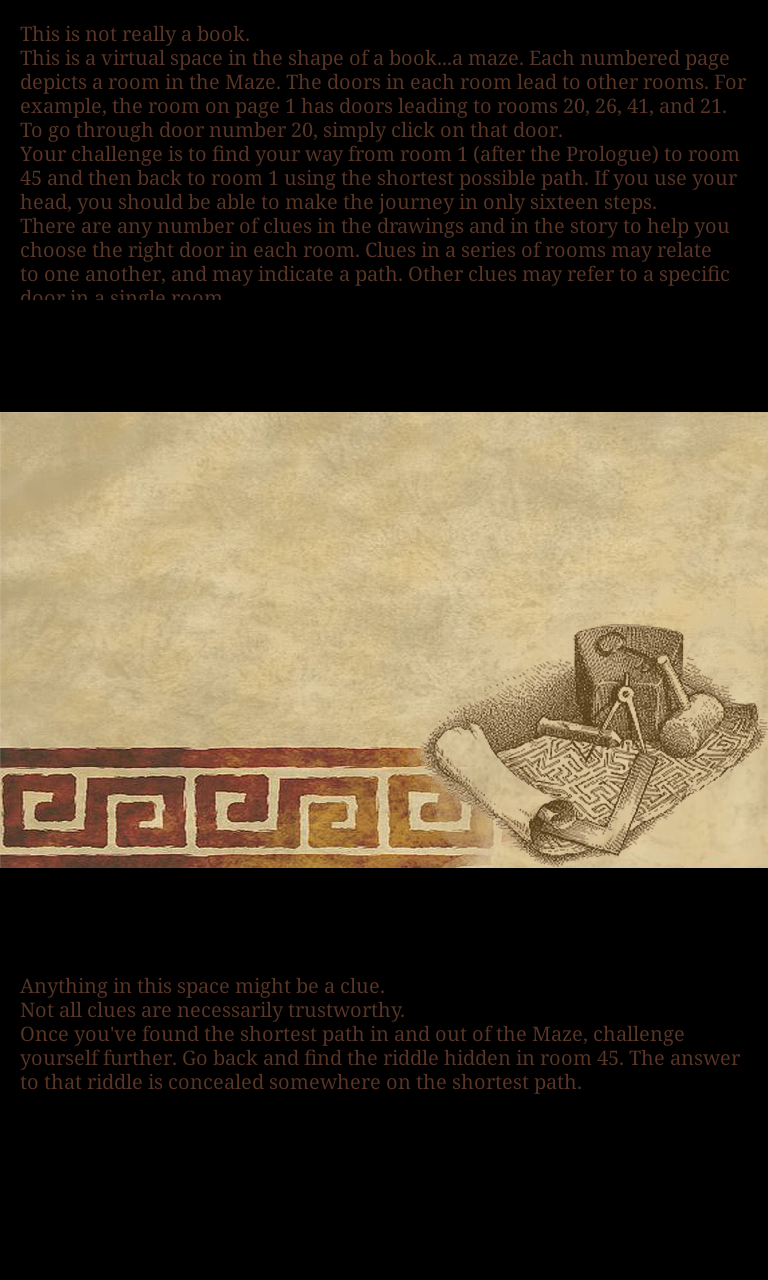
Repository: RandyLedbetter/maze
Layout: MazeTest/res/layout/activity_directions.xml
These files come from the project's save history. The layout is drawn as it stood at one moment and after the next save; the edit follows.
It is drawn on a 768 x 1280 px phone screen (xhdpi) without system bars, with theme android:Theme.NoTitleBar.Fullscreen; the app's code is not run.

Above is the layout before, as saved 2014-04-25 01:21:14.

### MazeTest/res/layout/activity_directions.xml
<FrameLayout xmlns:android="http://schemas.android.com/apk/res/android"
     xmlns:tools="http://schemas.android.com/tools"
	 android:id="@+id/directions_frame"
	 android:layout_width="fill_parent"
	 android:layout_height="fill_parent"
	 android:background="@color/background" >
	<ImageView
	 android:id="@+id/maze_info_background"
	 android:layout_width="fill_parent"
	 android:layout_height="fill_parent"
	 android:scaleType="fitCenter"
	 android:contentDescription="@string/directions_description"
	 android:src="@drawable/maze_info_background"
	 />

 	<TextView
 	    android:layout_width="match_parent"
 	    android:layout_height="160dp"
 	    android:padding="10dp"
 	    android:paddingBottom="0dp"
 	    android:text="@string/directions1"
 	    android:textColor="#5A3627"
 	    android:textSize="@dimen/directions_text_size"
 	    android:typeface="serif" />

 	<TextView
 	    android:id="@+id/textView1"
 	    android:layout_width="match_parent"
 	    android:layout_height="82dp"
 	    android:padding="10dp"
 	    android:layout_gravity="bottom"
 	    android:layout_marginBottom="82dp"
 	    android:text="@string/directions2"
 	    android:textColor="#5A3627"
 	    android:textSize="@dimen/directions_text_size"
 	    android:typeface="serif" />

</FrameLayout>

### MazeTest/res/values/values.xml
<?xml version="1.0" encoding="utf-8"?>
<resources>
    <color name="background">#000000</color>

</resources>

### MazeTest/res/values/strings.xml
<?xml version="1.0" encoding="utf-8"?>
<resources>

    <string name="app_name">MazeTest</string>
    <string name="action_settings">Settings</string>
    <string name="desc">Room Image</string>
    <string name="captions">Captions are not working if you see this string of text.</string>
    <string name="options_menu">Options</string>
    <string name="ok">OK</string>
    <string name="cancel">Cancel</string>
    <string name="author">Author: Christopher Manson</string>
    <string name="publisher">Publisher: Henry Holt and Company - 1985</string>
    <string name="developer1">Randy Ledbetter</string>
    <string name="developer2">Taylor Carrington</string>
    <string name="developer3">Jayd Saucedo</string>
    <string name="developers">Developers:</string>
    <string name="directions1">This is not really a book.\nThis is a virtual space in the shape of a book...a maze. Each numbered page depicts a room in the Maze. The doors in each room lead to other rooms. For example, the room on page 1 has doors leading to rooms 20, 26, 41, and 21. To go through door number 20, simply click on that door.\nYour challenge is to find your way from room 1 (after the Prologue) to room 45 and then back to room 1 using the shortest possible path. If you use your head, you should be able to make the journey in only sixteen steps.\nThere are any number of clues in the drawings and in the story to help you choose the right door in each room. Clues in a series of rooms may relate to one another, and may indicate a path. Other clues may refer to a specific door in a single room.\n</string>
    <string name="directions2">Anything in this space might be a clue.\nNot all clues are necessarily trustworthy.\nOnce you\'ve found the shortest path in and out of the Maze, challenge yourself further. Go back and find the riddle hidden in room 45. The answer to that riddle is concealed somewhere on the shortest path.\nNow proceed to the Prologue...your guide awaits you.\n</string>
    <string name="directions_description">This view contains directions for how to win MAZE</string>

</resources>

### MazeTest/res/values/dimens.xml
<resources>

    <!-- Default screen margins, per the Android Design guidelines. -->
    <dimen name="activity_horizontal_margin">16dp</dimen>
    <dimen name="activity_vertical_margin">16dp</dimen>
    <dimen name="font_size">12sp</dimen>
    <dimen name="captions_left_margin">140dp</dimen>
    <dimen name="captions_right_margin">50dp</dimen>
    <dimen name="captions_bottom_margin">30dp</dimen>
    <dimen name="captions_height">55dp</dimen>
    <dimen name="dashboard_btn_padding_right">40dp</dimen>
    <dimen name="dashboard_btn_text_size">18sp</dimen>
    <dimen name="directions_text_size">10sp</dimen>

</resources>

After the next save:
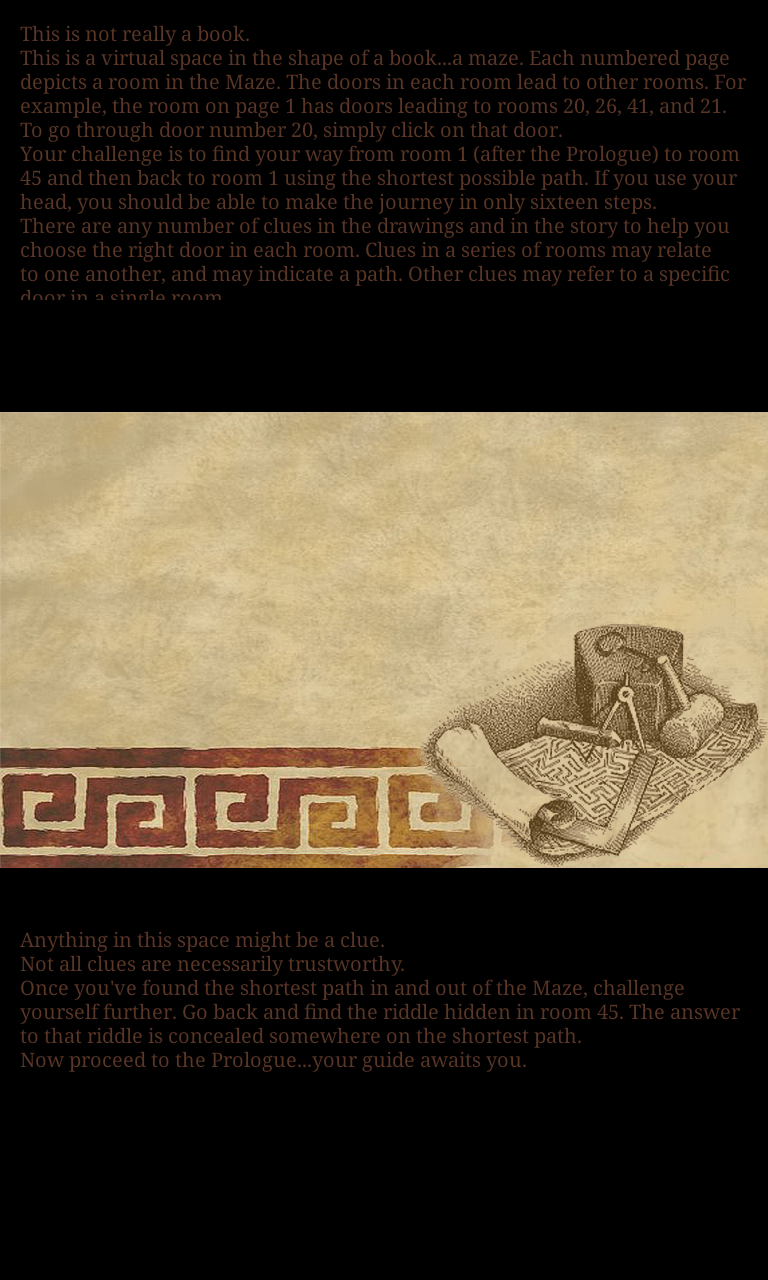
Saved 32 s later.
--- a/MazeTest/res/layout/activity_directions.xml
+++ b/MazeTest/res/layout/activity_directions.xml
@@ -26,10 +26,11 @@
  	<TextView
  	    android:id="@+id/textView1"
  	    android:layout_width="match_parent"
- 	    android:layout_height="82dp"
- 	    android:padding="10dp"
+ 	    android:layout_height="wrap_content"
  	    android:layout_gravity="bottom"
  	    android:layout_marginBottom="82dp"
+ 	    android:padding="10dp"
+ 	    android:paddingBottom="0dp"
  	    android:text="@string/directions2"
  	    android:textColor="#5A3627"
  	    android:textSize="@dimen/directions_text_size"
